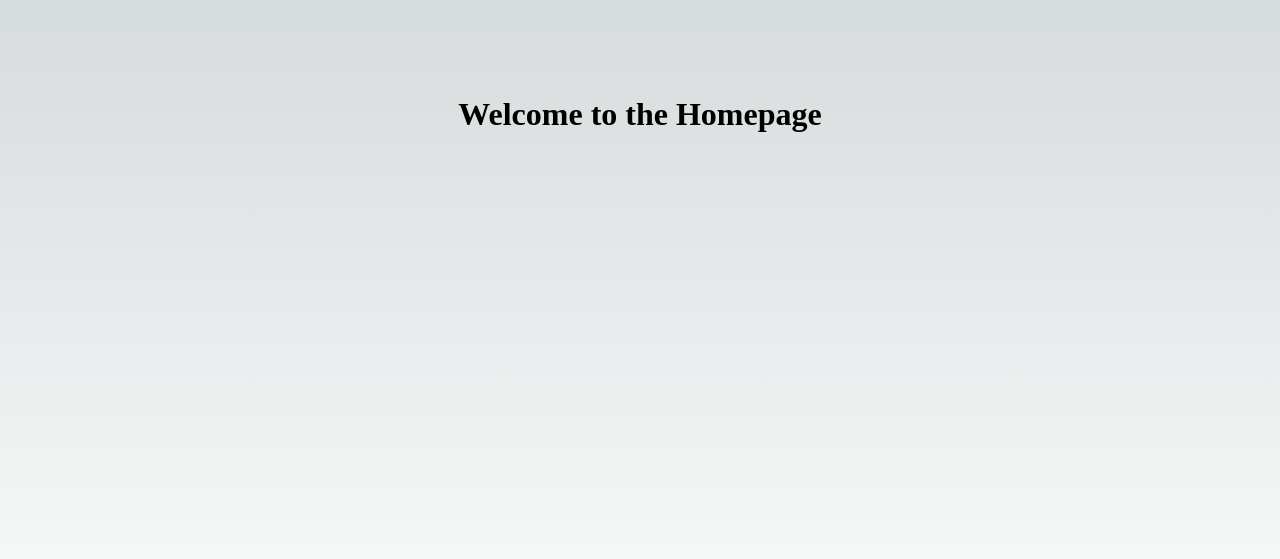
Repository: juliet-jskim/week9-popup-MDIA2109
Page: /
The author's editor kept a copy of each file at every save. The page is drawn from the files as they stood at one save, then again after the next save.
The browser window is 1280 px wide. The pictures show the whole page.
The project was rebuilt for these pictures with package versions that can differ from the ones it lists, and the page was loaded fresh each time. The framework's server and built-in components were replaced by stand-ins that run in the browser. Also part of the build but not shown: next.config.js.

Above is the page before, as saved 2023-02-27 09:55:22.

After the next save:
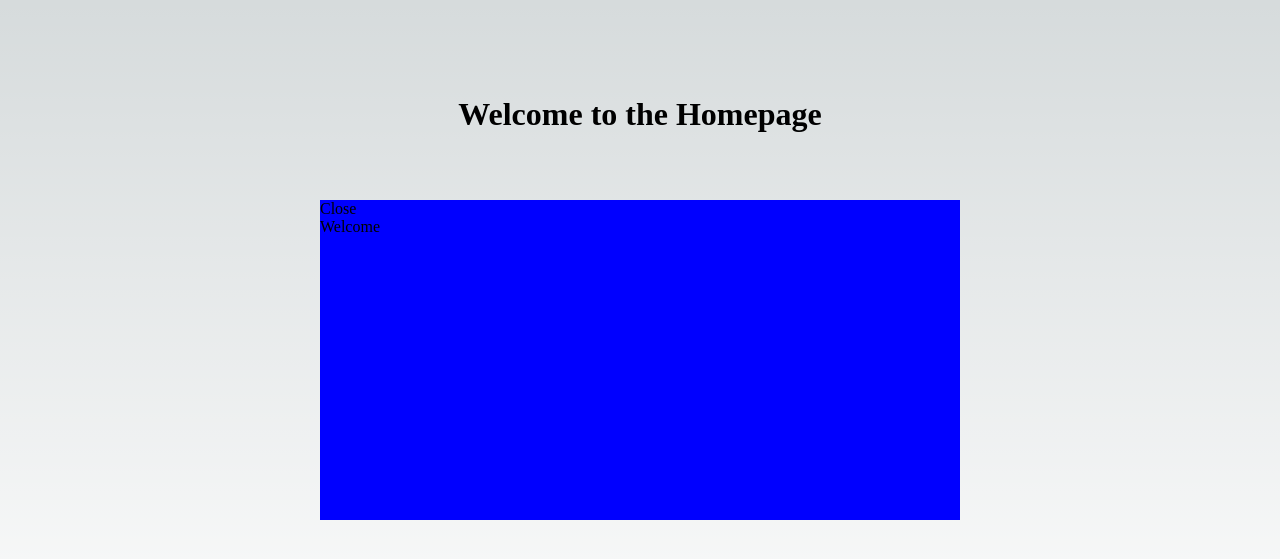
Saved 49 s later.
--- a/pages/index.js
+++ b/pages/index.js
@@ -1,7 +1,7 @@
 import Head from 'next/head'
 import Image from 'next/image'
 import styles from '@/styles/Home.module.css'
-
+import Ad from '@/components/Ad'
 
 
 export default function Home() {
@@ -15,7 +15,7 @@ export default function Home() {
       </Head>
       <main className={styles.main}>
         <h1>Welcome to the Homepage</h1>
-
+        <Ad/>
       </main>
     </>
   )
